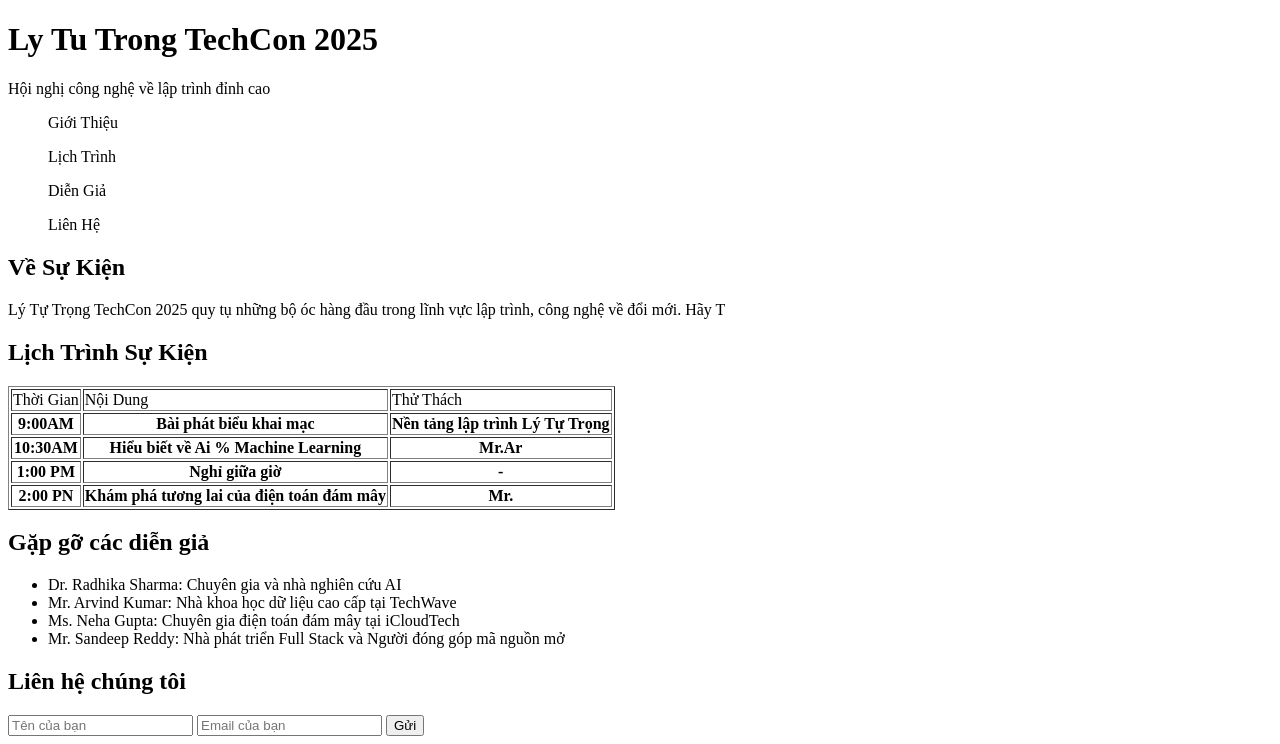
Repository: NhatMinh121/BaiTapVeNha1
Page: index.html
These files come from the project's save history. The page is drawn as it stood at one moment and after the next save; the edit follows.
The browser window is 1280 px wide. The pictures show the whole page.

Above is the page before, as saved 2025-03-28 22:28:06.

After the next save:
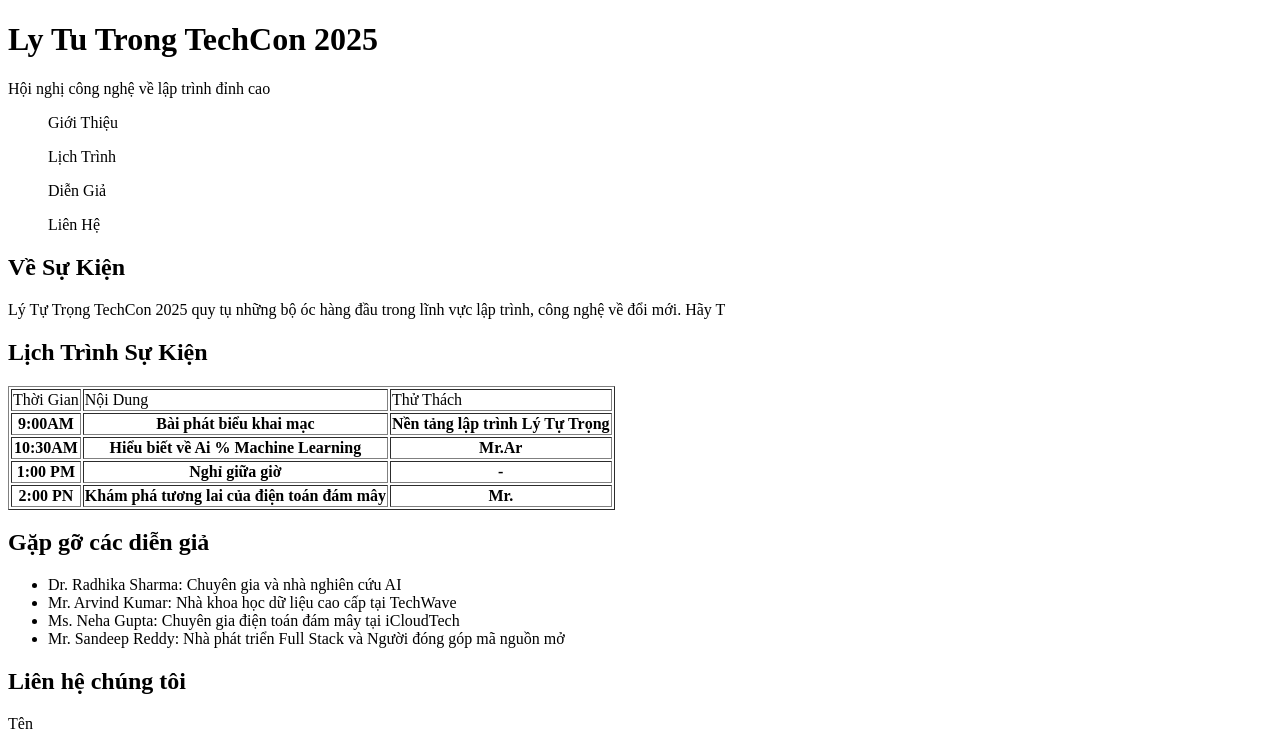
Saved 45 s later.
--- a/index.html
+++ b/index.html
@@ -71,9 +71,7 @@
         <div class="footer-contract">
             <h2>Liên hệ chúng tôi</h2>
             <form action="#" method="post">
-                <input type="text" name="name" placeholder="Tên của bạn">
-                <input type="email" name="email" placeholder="Email của bạn">
-                <input type="submit" value="Gửi">
+                <label for="name">Tên</label>
             </form>
         </div>
 
